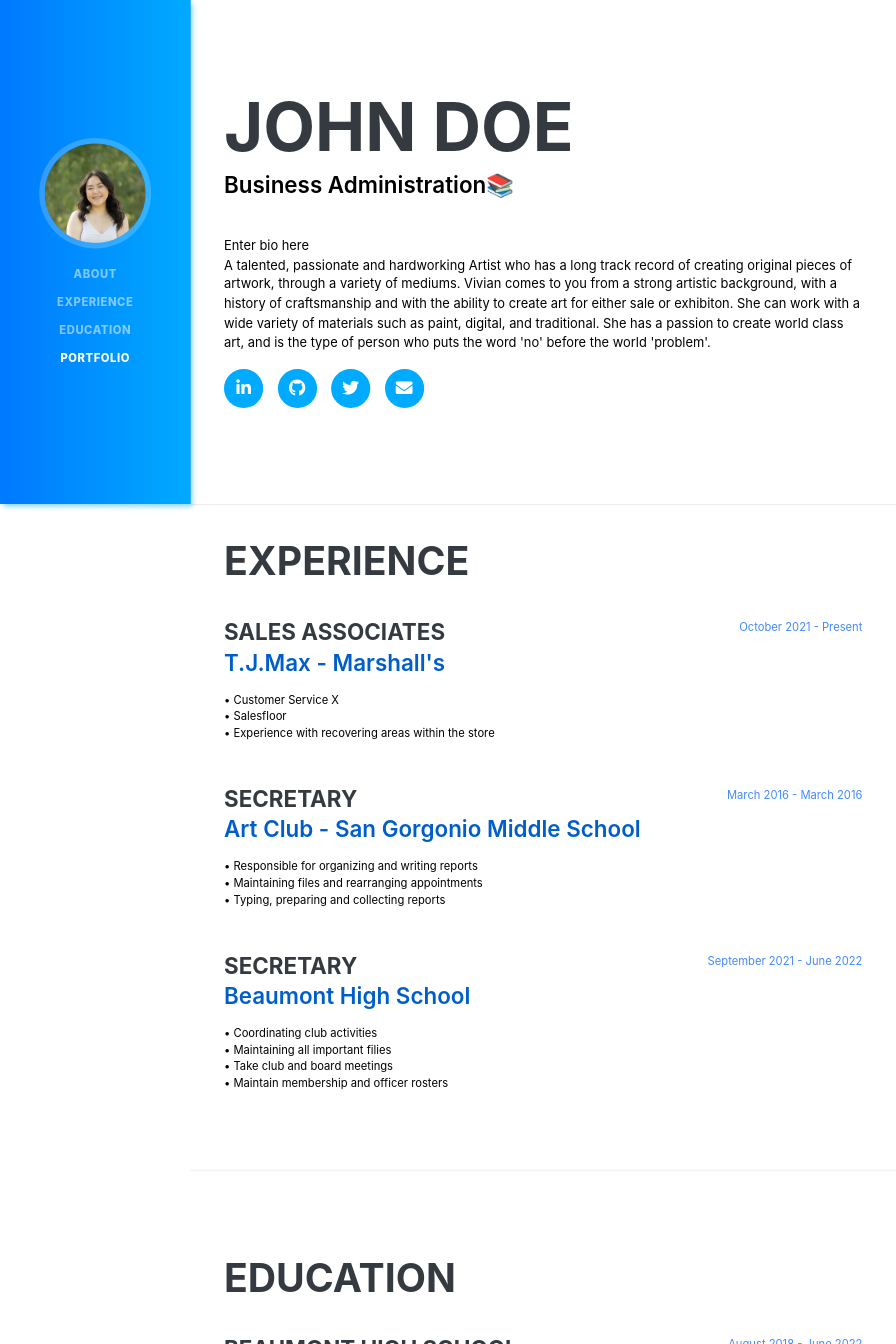
Repository: vmoua1129/vmoua1129-Resume
Page: LearnCS8-Resume/index.html
The author's editor kept a record of every edit. The page is drawn from the files as they stood at one moment, then again after the next edit.
The browser window is 1280 px wide. The pictures show the part of the page from y = 0 to 1920 px (the page is 3324 px tall), at 70% of full size.
Some web fonts or font styles are not loaded; a fallback is used.

Above is the page before.

### LearnCS8-Resume/index.html
<!DOCTYPE html>
<html lang="en">

<head>

  <meta charset='UTF-8'>
  <meta name="viewport" content="width=device-width, initial-scale=1, shrink-to-fit=no">
  <link rel="shortcut icon" href="img/favicon.ico">
  <meta name="description" content="Hello! My name is Vivian G. Moua, I am a First-Year Student at UC Riverside">
  <meta name="author" content="862365976">

  <title>Vivian G. Moua - Art</title>

  <!-- Bootstrap core CSS -->
  <link href="vendor/bootstrap/css/bootstrap.min.css" rel="stylesheet">

  <!-- Custom fonts for this template -->
  <link href="https://fonts.googleapis.com/css?family=Saira+Extra+Condensed:500,700" rel="stylesheet">
  <link href="https://fonts.googleapis.com/css?family=Muli:400,400i,800,800i" rel="stylesheet">
  <link href="vendor/fontawesome-free/css/all.min.css" rel="stylesheet">

  <!-- Custom styles for this template -->
  <link href="css/resume.min.css" rel="stylesheet">

</head>

<body id="page-top">
  <nav class="navbar navbar-expand-lg navbar-dark bg-primary fixed-top" id="sideNav">
    <a class="navbar-brand js-scroll-trigger" href="#page-top">
      <span class="d-block d-lg-none">John Doe</span>
      <span class="d-none d-lg-block">
        <img class="img-fluid img-profile rounded-circle mx-auto mb-2" src="img/VivianMoua.jpg.jpg" alt="Profile Picture">
      </span>
    </a>
    <button class="navbar-toggler" type="button" data-toggle="collapse" data-target="#navbarSupportedContent" aria-controls="navbarSupportedContent" aria-expanded="false" aria-label="Toggle navigation">
      <span class="navbar-toggler-icon"></span>
    </button>
    <div class="collapse navbar-collapse" id="navbarSupportedContent">
      <ul class="navbar-nav">
        <li class="nav-item">
          <a class="nav-link js-scroll-trigger" href="#about">About</a>
        </li>
        <li class="nav-item">
          <a class="nav-link js-scroll-trigger" href="#experience">Experience</a>
        </li>
        <li class="nav-item">
          <a class="nav-link js-scroll-trigger" href="#education">Education</a>
        </li>
        <li class="nav-item">
          <a class="nav-link js-scroll-trigger" href="#portfolio">Portfolio</a>
        </li>
      </ul>
    </div>
  </div>
  </nav>

  <div class="container-fluid p-0">

    <section class="resume-section p-3 p-lg-5 d-flex align-items-center" id="about">
      <div class="w-100">
        <h1 class="mb-3">John Doe
        </h1>
        <div class="subheading mb-5">Business Administration📚</div>
        <p class="lead mb-4">Enter bio here<br>A talented, passionate and hardworking Artist who has a long track record of creating original pieces of artwork, through a variety of mediums. Vivian comes to you from a strong artistic background, with a history of craftsmanship and with the ability to create art for either sale or exhibiton. She can work with a wide variety of materials such as paint, digital, and traditional. She has a passion to create world class art, and is the type of person who puts the word 'no' before the world 'problem'.<br>

        </p>
        <div class="social-icons">
          <a target="_blank" id="socialicon-1" href="https://www.instagram.com/">
            <i class="fab fa-linkedin-in"></i>
          </a>
          <a target="_blank" id="socialicon-2" href="https://github.com/vmoua1129/vmoua1129-Resume">
            <i class="fab fa-github"></i>
          </a>
          <a target="_blank" id="socialicon-3" href="https://twitter.com">
            <i class="fab fa-twitter"></i>
          </a>
          <a target="_blank" id="socialicon-4" href="https://www.youtube.com/">
            <i class="fa fa-envelope"></i>
          </a>
        </div>
      </div>
    </section>

    <hr class="m-0">

    <section class="resume-section p-3 p-lg-5 d-flex justify-content-center" id="experience">
      <div class="w-100">
        <h2 class="mb-5">Experience</h2>

        <div class="resume-item d-flex flex-column flex-md-row justify-content-between mb-5 experience">
          <div class="resume-content">
            <h3 class="mb-0">Sales Associates</h3>
            <div class="subheading mb-3"><a target="_blank" href="https://www.marshalls.com/us/store/index.jsp">T.J.Max - Marshall's</a></div>
            <p>
              • Customer Service X<br>
              • Salesfloor<br>
              • Experience with recovering areas within the store<br>
            </p>
          </div>
          <div class="resume-date text-md-right">
            <span class="text-primary">October 2021 - Present</span>
          </div>
        </div>

        <div class="resume-item d-flex flex-column flex-md-row justify-content-between mb-5 experience">
          <div class="resume-content">
            <h3 class="mb-0">Secretary</h3>
            <div class="subheading mb-3"><a target="_blank" href="https://sgms.beaumontusd.us/">Art Club - San Gorgonio Middle School</a></div>
            <p>
              • Responsible for organizing and writing reports<br>
              • Maintaining files and rearranging appointments<br>
              • Typing, preparing and collecting reports<br>
            </p>
          </div>
          <div class="resume-date text-md-right">
            <span class="text-primary">March 2016 - March 2016</span>
          </div>
        </div>


        <div class="resume-item d-flex flex-column flex-md-row justify-content-between mb-5 experience">
          <div class="resume-content">
            <h3 class="mb-0">Secretary</h3>
            <div class="subheading mb-3"><a target="_blank" href="https://bhs.beaumontusd.us/">Beaumont High School</a></div>
            <p>
            • Coordinating club activities<br>
            • Maintaining all important filies<br>
            • Take club and board meetings<br>
            • Maintain membership and officer rosters<br>

          </p>
          </div>
          <div class="resume-date text-md-right">
            <span class="text-primary">September 2021 - June 2022</span>
          </div>
        </div>



      </div>

    </section>

    <hr class="m-0">

    <section class="resume-section p-3 p-lg-5 d-flex align-items-center" id="education">
      <div class="w-100">
        <h2 class="mb-5">Education</h2>

        <div class="resume-item d-flex flex-column flex-md-row justify-content-between mb-5 education">
          <div class="resume-content">
            <h3 class="mb-0">Beaumont High School</h3>
            <div class="subheading mb-3">Secondary Diploma</div>
          </div>
          <div class="resume-date text-md-right">
            <span class="text-primary">August 2018 - June 2022</span>
          </div>
        </div>

        <div class="resume-item d-flex flex-column flex-md-row justify-content-between mb-5 education">
          <div class="resume-content">
            <h3 class="mb-0">University of California Riverside</h3>
            <div class="subheading mb-3">Art Major</div>
            <div>Animation & Cerramics</div>
          </div>
          <div class="resume-date text-md-right">
            <span class="text-primary">September 2022 - Present</span>
          </div>

      </div>
    </section>

    <hr class="m-0">

    <section class="resume-section p-1 p-lg-5 d-flex align-items-center" id="portfolio">
      <div class="w-100">
        <h2 class="mb-5">Portfolio</h1>
        <center>
            <img src="img/image1.jpeg" width="500px">
            <img src="img/image2.jpeg" width="500px"><br>
        </center>
      </div>
    </section>

    <hr class="m-0">
    <center>&copy; <script type="text/javascript">
  document.write(new Date().getFullYear());
  </script> Vivian G. Moua</center><br>
  </div>
  <!-- Bootstrap core JavaScript -->
  <script src="vendor/jquery/jquery.min.js"></script>
  <script src="vendor/bootstrap/js/bootstrap.bundle.min.js"></script>

  <!-- Plugin JavaScript -->
  <script src="vendor/jquery-easing/jquery.easing.min.js"></script>

  <!-- Custom scripts for this template -->
  <script src="js/resume.min.js"></script>
</body>
</html>

Loaded but not shown: vendor/bootstrap/css/bootstrap.min.css (library); vendor/fontawesome-free/css/all.min.css (library); css/resume.min.css (library); vendor/jquery/jquery.min.js (library); vendor/bootstrap/js/bootstrap.bundle.min.js (library); vendor/jquery-easing/jquery.easing.min.js (common file); js/resume.min.js (common file)

After the next edit:
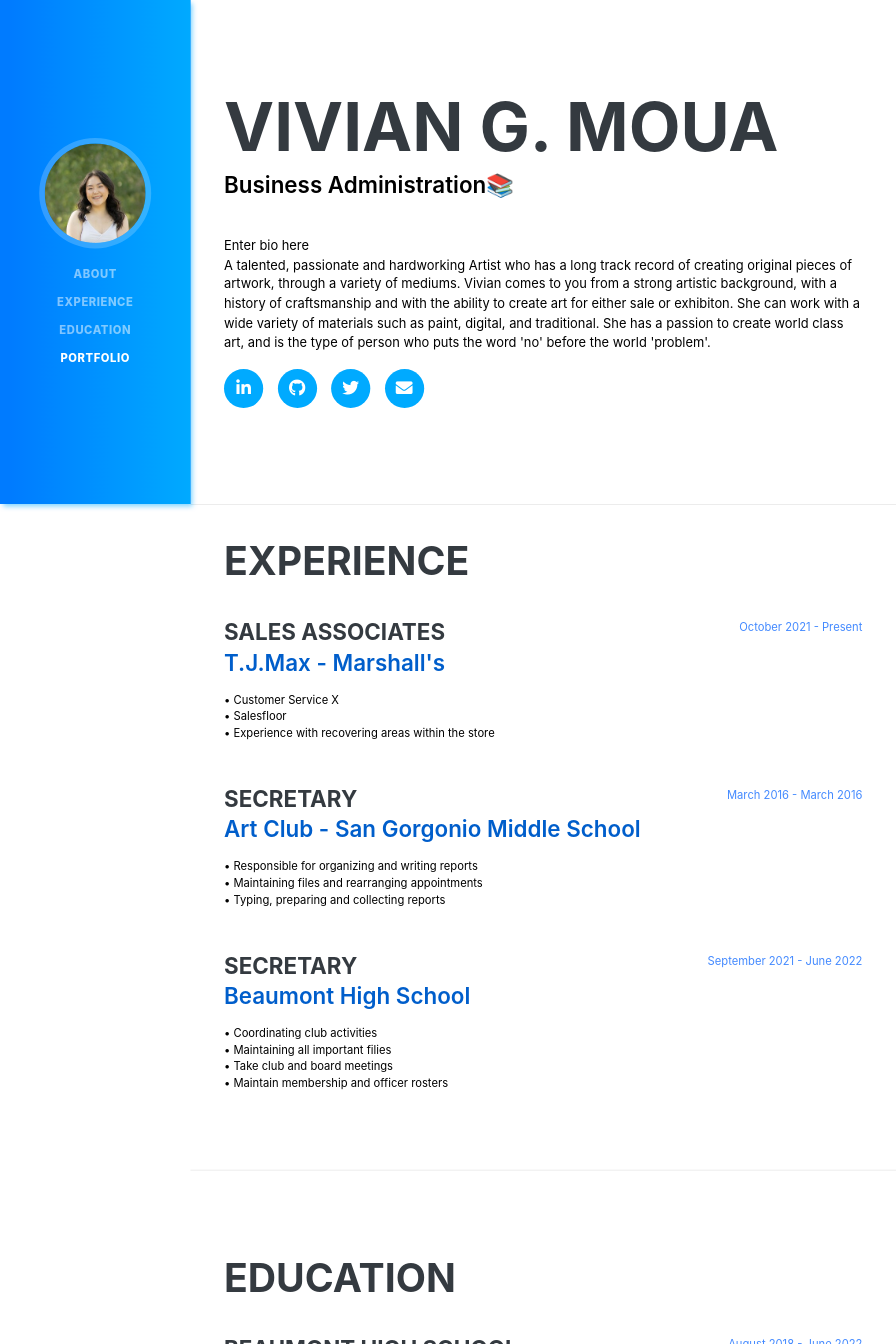
The edit:
--- a/LearnCS8-Resume/index.html
+++ b/LearnCS8-Resume/index.html
@@ -58,7 +58,7 @@
 
     <section class="resume-section p-3 p-lg-5 d-flex align-items-center" id="about">
       <div class="w-100">
-        <h1 class="mb-3">John Doe
+        <h1 class="mb-3">Vivian G. Moua
         </h1>
         <div class="subheading mb-5">Business Administration📚</div>
         <p class="lead mb-4">Enter bio here<br>A talented, passionate and hardworking Artist who has a long track record of creating original pieces of artwork, through a variety of mediums. Vivian comes to you from a strong artistic background, with a history of craftsmanship and with the ability to create art for either sale or exhibiton. She can work with a wide variety of materials such as paint, digital, and traditional. She has a passion to create world class art, and is the type of person who puts the word 'no' before the world 'problem'.<br>
